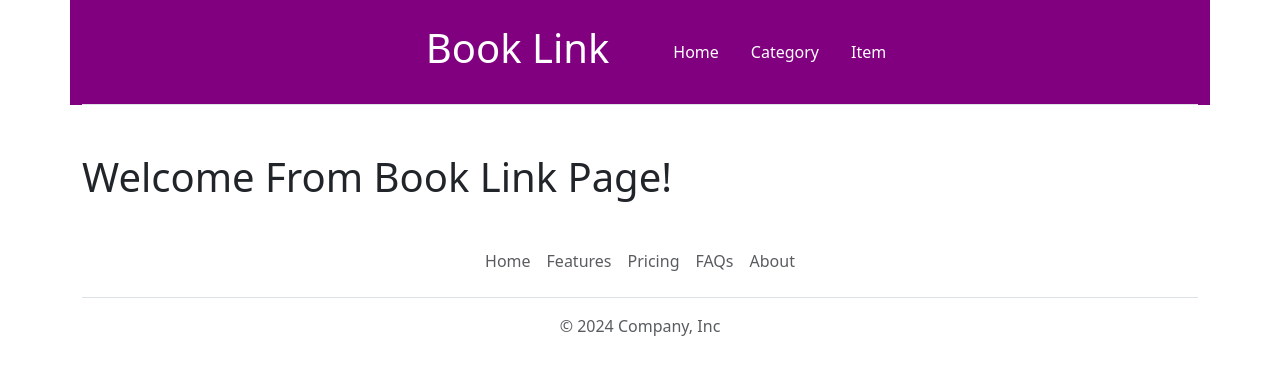
Repository: nyeinsu4520/coursera-test
Page: http://localhost/index
These files come from the project's save history. The page is drawn as it stood at one moment and after the next save; the edit follows.
The browser window is 1280 px wide. The pictures show the whole page.
Some web fonts or font styles are not loaded; a fallback is used. The page is this project's Thymeleaf template; nobody is signed in. The template is opened directly, without the code that normally fills it, so the values that code supplies are empty.

Above is the page before, as saved 2024-05-28 04:18:13.

After the next save:
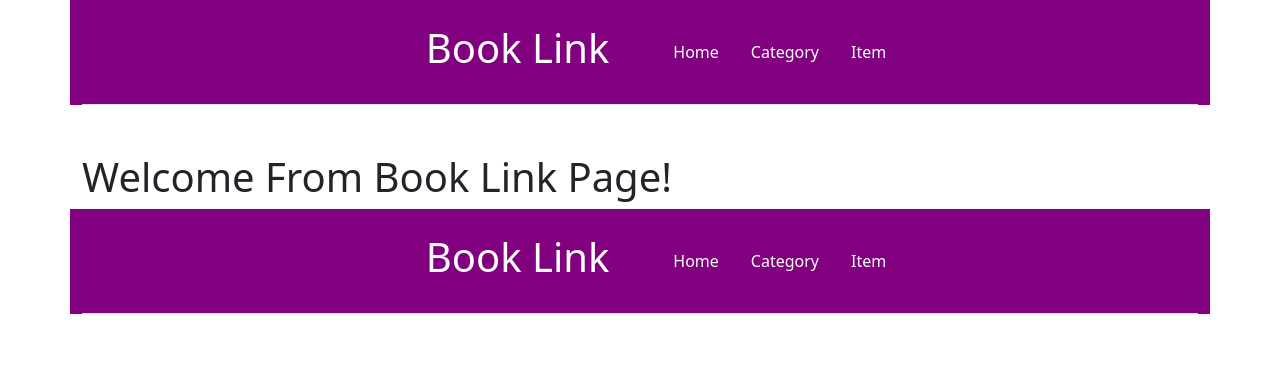
Saved 40 s later.
--- a/BookLink/src/main/resources/templates/index.html
+++ b/BookLink/src/main/resources/templates/index.html
@@ -20,18 +20,7 @@
   </div>
   </main>
 
-  <div class="container">
-  <footer class="py-3 my-4">
-    <ul class="nav justify-content-center border-bottom pb-3 mb-3">
-      <li class="nav-item"><a href="#" class="nav-link px-2 text-body-secondary">Home</a></li>
-      <li class="nav-item"><a href="#" class="nav-link px-2 text-body-secondary">Features</a></li>
-      <li class="nav-item"><a href="#" class="nav-link px-2 text-body-secondary">Pricing</a></li>
-      <li class="nav-item"><a href="#" class="nav-link px-2 text-body-secondary">FAQs</a></li>
-      <li class="nav-item"><a href="#" class="nav-link px-2 text-body-secondary">About</a></li>
-    </ul>
-    <p class="text-center text-body-secondary">&copy; 2024 Company, Inc</p>
-  </footer>
-</div>
+ <div th:replace="fragment/header"></div>
 
 </body>
 </html>

After the save that followed:
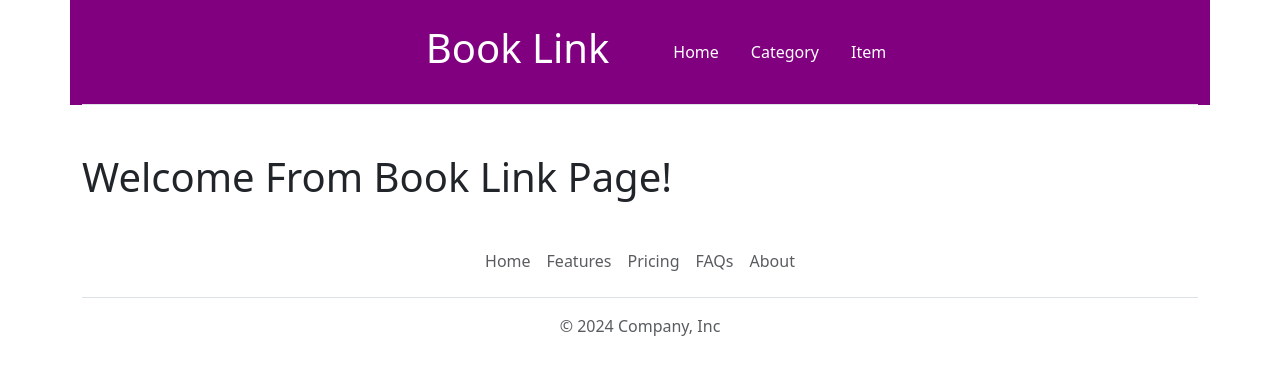
Saved 11 s later.
--- a/BookLink/src/main/resources/templates/index.html
+++ b/BookLink/src/main/resources/templates/index.html
@@ -20,7 +20,7 @@
   </div>
   </main>
 
- <div th:replace="fragment/header"></div>
+ <div th:replace="fragment/footer"></div>
 
 </body>
 </html>
